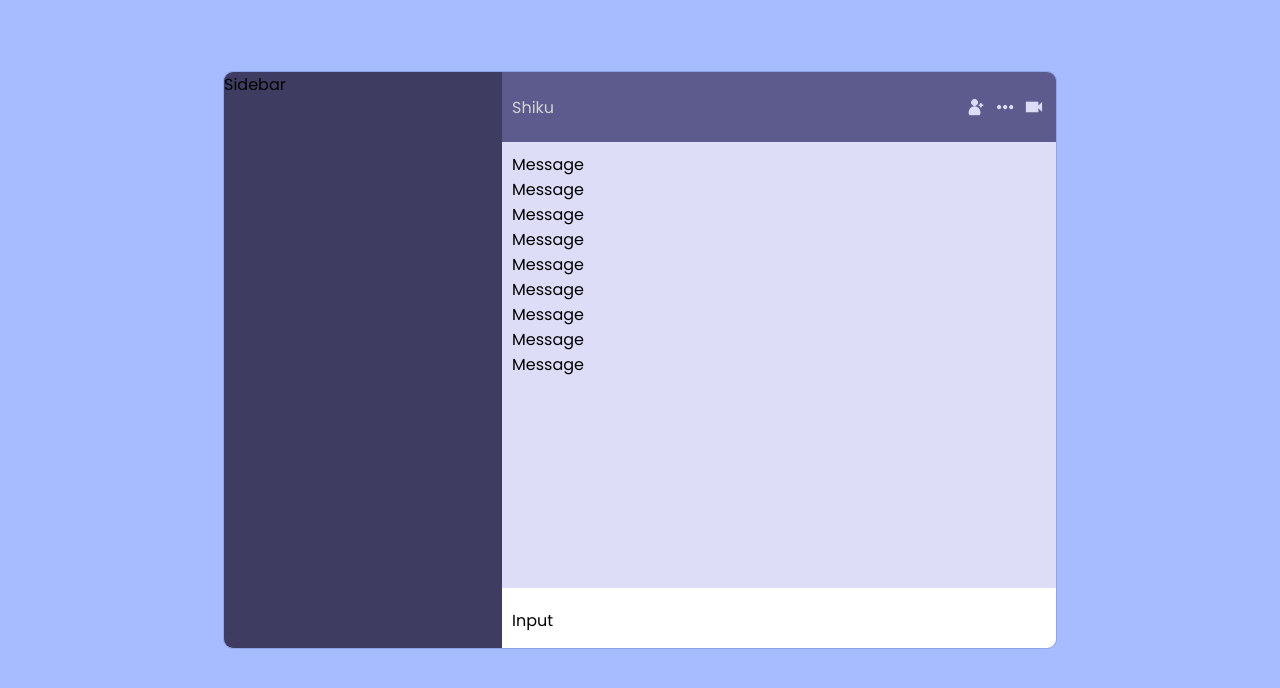
Repository: shikubro90/chatapp
Page: /
These files come from the project's save history. The page is drawn as it stood at one moment and after the next save; the edit follows.
The browser window is 1280 px wide. The pictures show the whole page.
The project was rebuilt for these pictures with package versions that can differ from the ones it lists, and the page was loaded fresh each time. Also part of the build but not shown: src/pages/Login.jsx, src/pages/Register.jsx.

Above is the page before, as saved 2022-09-14 20:21:29.

After the next save:
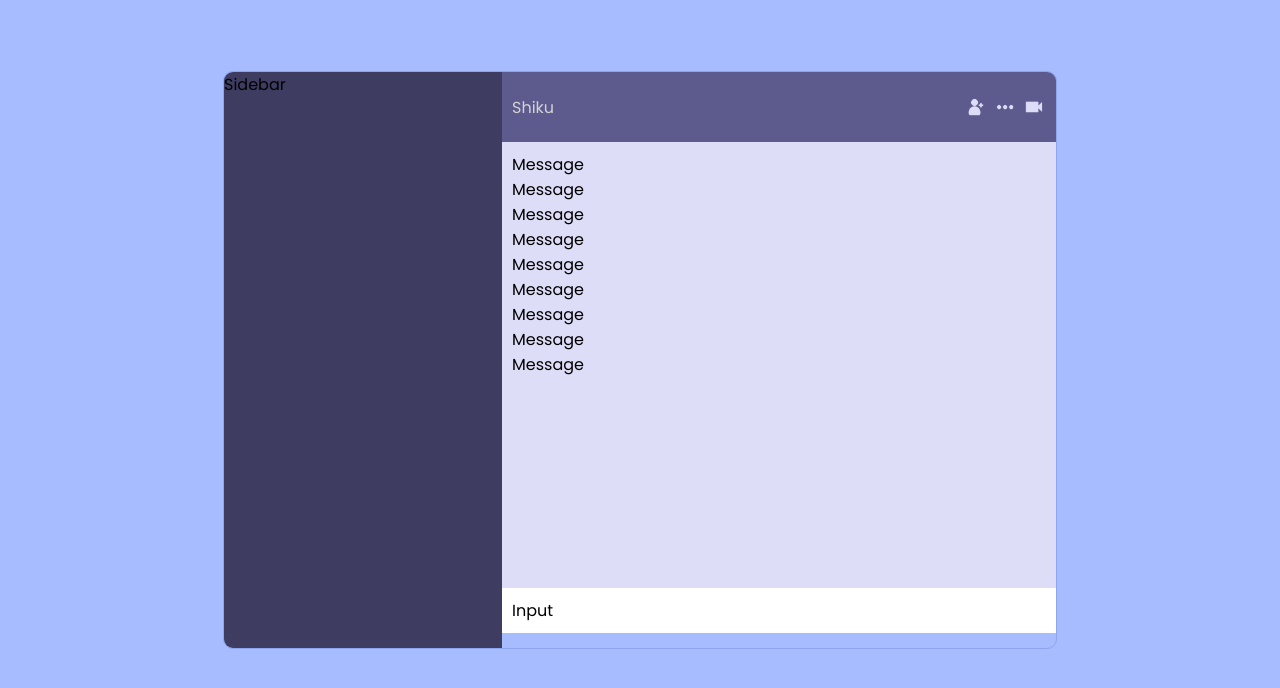
Saved 31 s later.
--- a/src/style.scss
+++ b/src/style.scss
@@ -234,7 +234,7 @@
             }
             .input{
                 background: white;
-                padding: 20px 10px;
+                padding: 10px;
             }
 
         }
